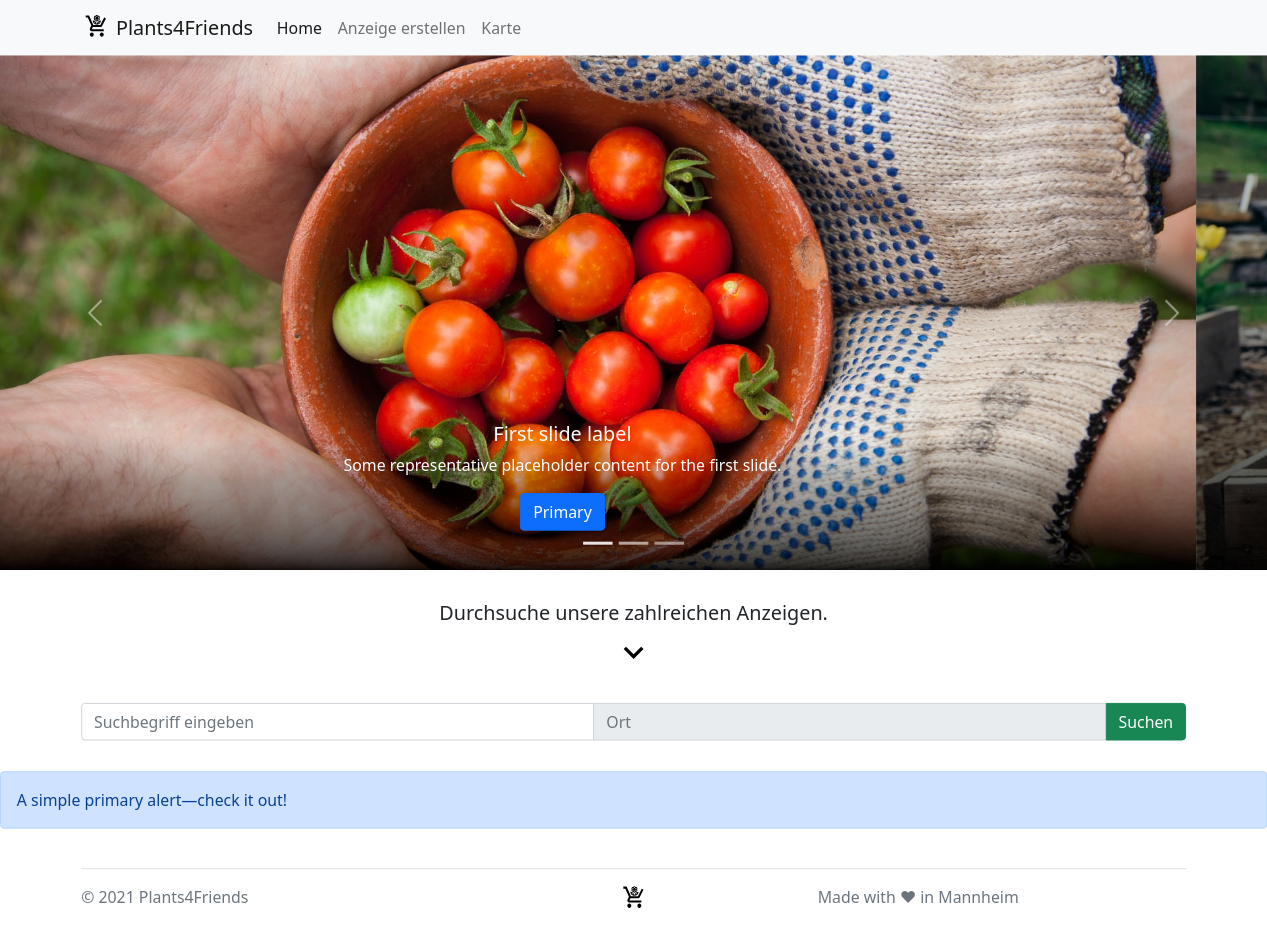
Repository: Carlson43/PlantsForFriends
Page: Website/index.html
An editor plug-in stored every save of this project. The page is shown before and after the next save, followed by the edit.
The browser window is 1280 px wide. The pictures show the whole page, at 99% of full size.

Above is the page before, as saved 2022-01-13 12:01:25.

After the next save:
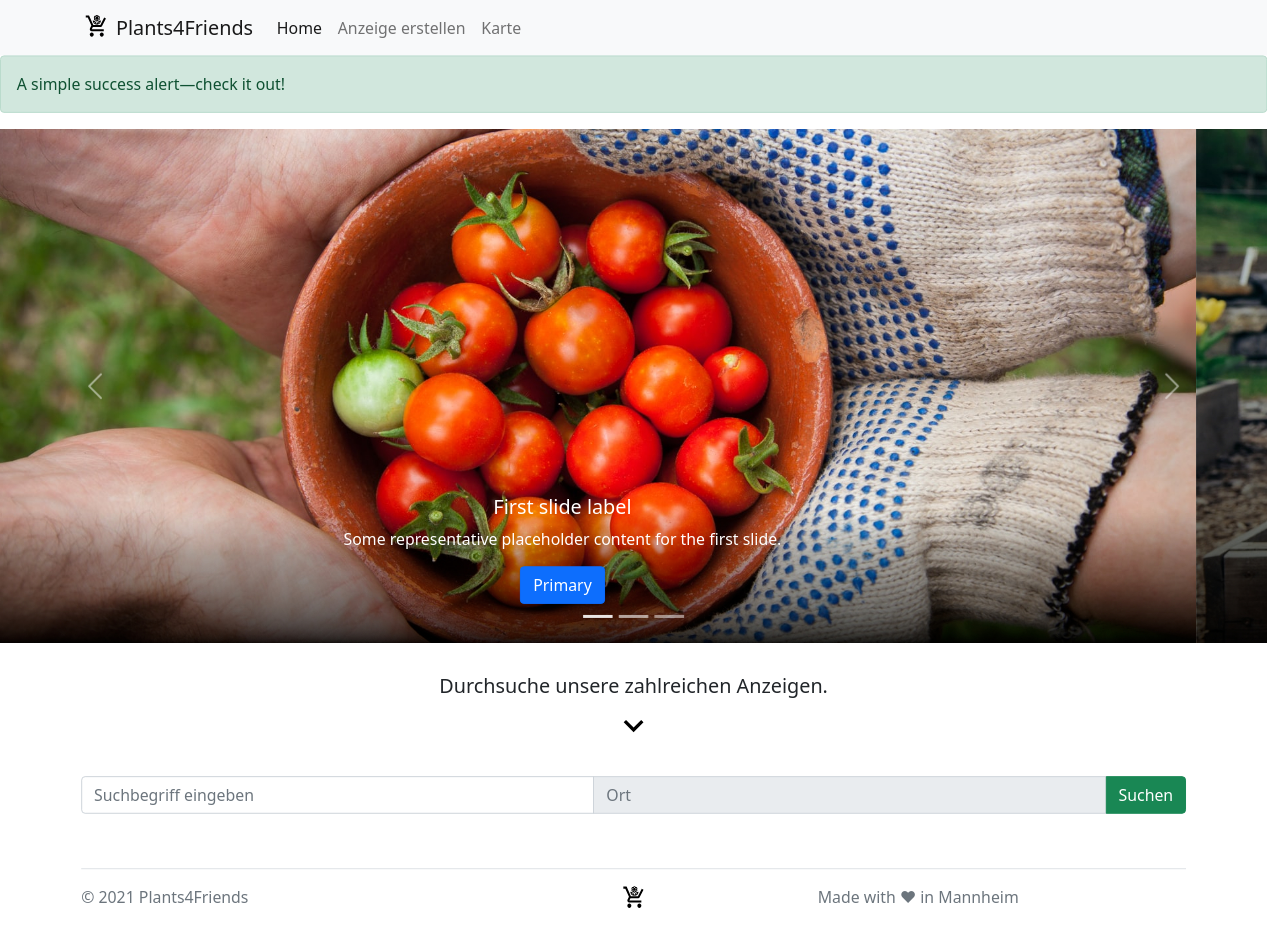
Saved 42 s later.
--- a/Website/index.html
+++ b/Website/index.html
@@ -52,7 +52,9 @@
             </div>
         </div>
     </nav>
-
+    <div class="alert alert-success" role="alert">
+      A simple success alert—check it out!
+    </div>
     <!-- Carousel -->
     <div id="carouselExampleCaptions" class="carousel slide" data-bs-ride="carousel">
         <!-- Slide Indicators -->
@@ -130,9 +132,6 @@
 
     <div class="h-divider"></div>
 
-    <div class="alert alert-primary" role="alert">
-      A simple primary alert—check it out!
-    </div>
 
 
     <!-- Container Layout Demo -->
